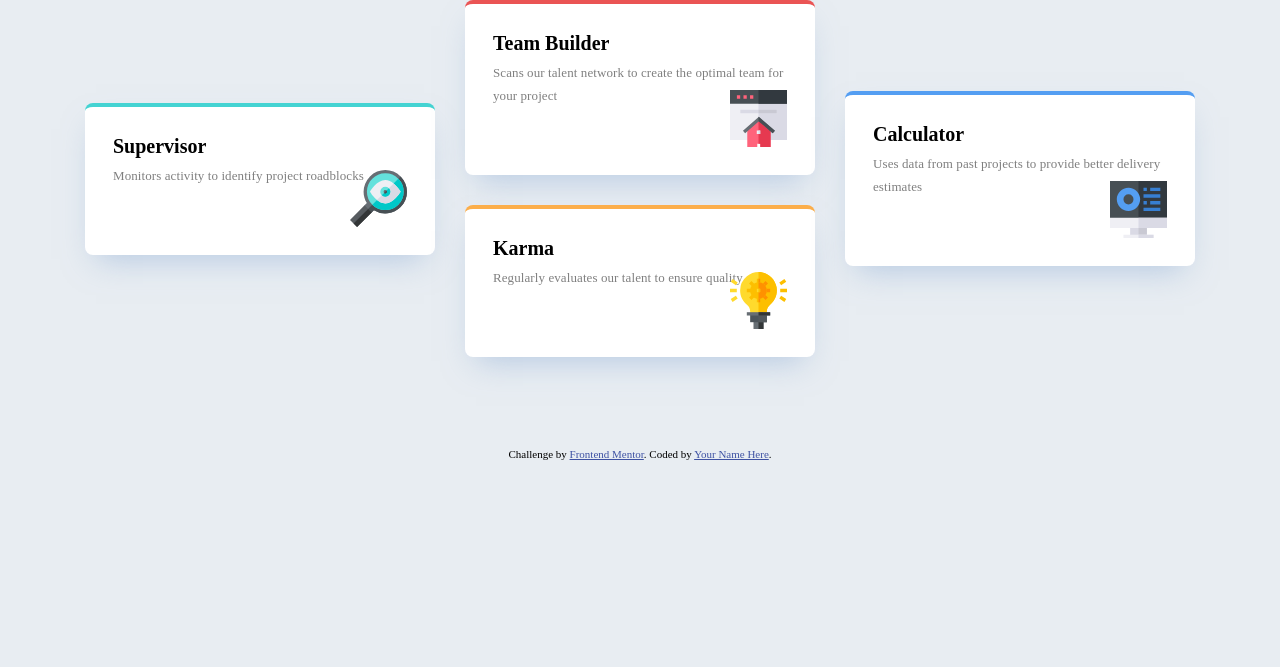
Repository: AngelaMwelu/four-card-page
Page: index.html
An editor plug-in stored every save of this project. The page is shown before and after the next save, followed by the edit.
The browser window is 1280 px wide. The pictures show the whole page.

Above is the page before, as saved 2025-05-15 16:37:56.

After the next save:
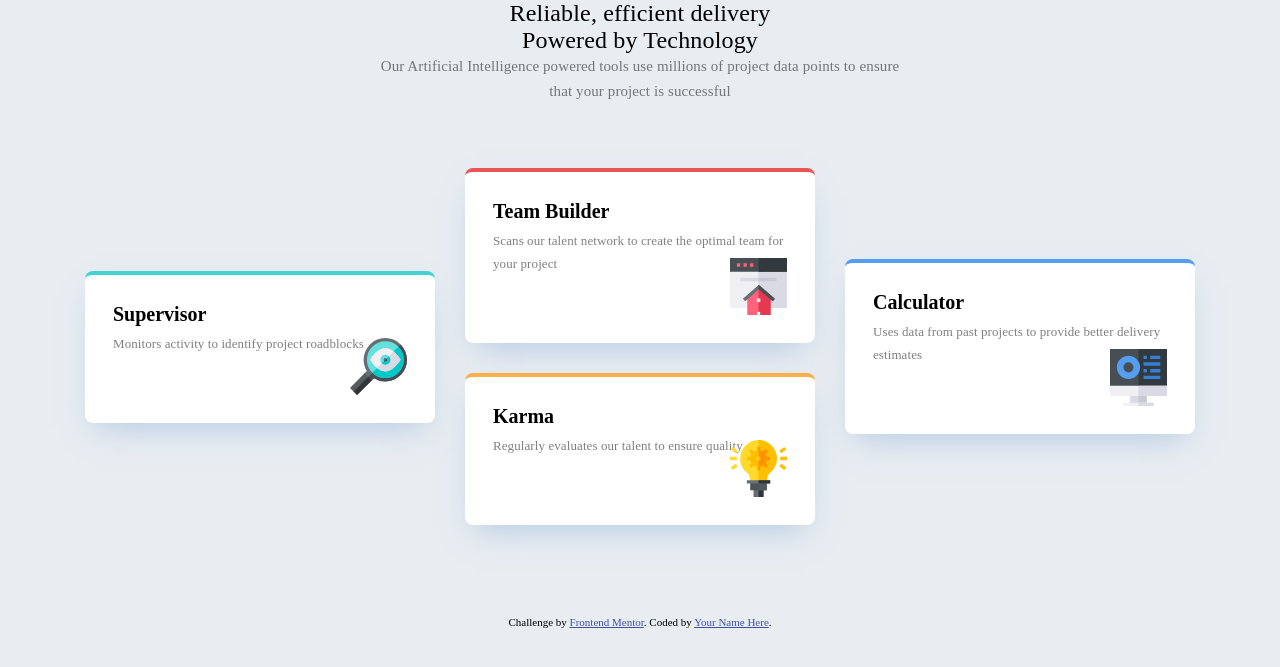
Saved 36 s later.
--- a/index.html
+++ b/index.html
@@ -14,7 +14,13 @@
 </head>
 <body>
   <div class="container">
+     <div class="about">
+      <h3>Reliable, efficient delivery</h3>
+      <h3>Powered by Technology</h3>
 
+      <p>Our Artificial Intelligence powered tools use millions of project data points
+       to ensure that your project is successful</p>
+    </div>
     <div class="Card">
       <div class="Supervisor">
       <h4>Supervisor</h4>
